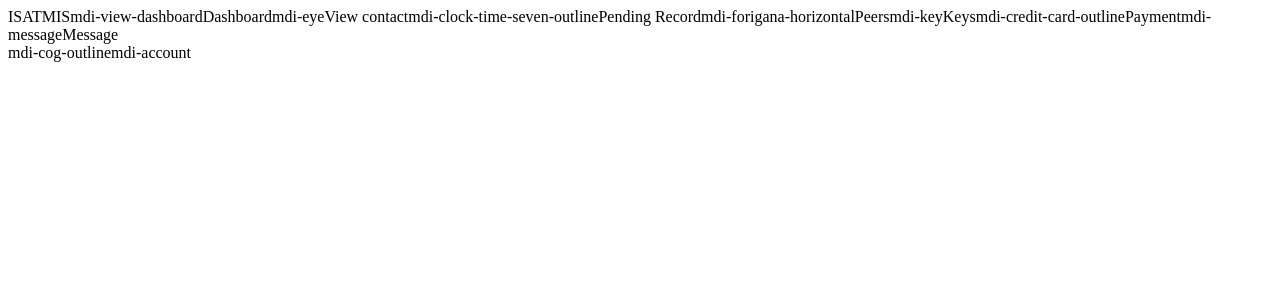
Repository: umarrg/isatmis
Page: /home
An editor plug-in stored every save of this project. The page is shown before and after the next save, followed by the edit.
The browser window is 1280 px wide. The pictures show the whole page.
The project was rebuilt for these pictures with package versions that can differ from the ones it lists, and the page was loaded fresh each time. Also part of the build but not shown: vue.config.js. Imported but missing from the stored project, and not drawn on this page: src/plugins/vuetify.

Above is the page before, as saved 2021-01-26 00:14:42.

### src/App.vue
<template>
  <v-app>
    <navbar v-if="$route.meta.showHeader == true"/>
    <v-main>
      <router-view></router-view>
    </v-main>
  </v-app>
</template>

<script>
import navbar from '../src/components/Navbar'
export default {
  name: 'App',

  components: {
   navbar
  },

  data: () => ({
    //
  }),
};
</script>

### src/router/index.js
import Vue from 'vue'
import VueRouter from 'vue-router'
import Home from '../views/Home.vue'

Vue.use(VueRouter)

const routes = [
  {
    path: '/home',
    name: 'Home',
    component: Home,
    meta: {
      showHeader: true,
    },
  },
  {
    path: '/education',
    name: 'Education',

    meta: {
      showHeader: true,
    },
    // route level code-splitting
    // this generates a separate chunk (about.[hash].js) for this route
    // which is lazy-loaded when the route is visited.
    component: () => import(/* webpackChunkName: "about" */ '../views/edu.vue')
  },
  {
    path: '/',
    name: 'Signin',

    meta: {
      showHeader: false,
    },
    // route level code-splitting
    // this generates a separate chunk (about.[hash].js) for this route
    // which is lazy-loaded when the route is visited.
    component: () => import(/* webpackChunkName: "about" */ '../views/signin.vue')
  },

  {
    path: '/land',
    name: 'Land',

    meta: {
      showHeader: true,
    },
    // route level code-splitting
    // this generates a separate chunk (about.[hash].js) for this route
    // which is lazy-loaded when the route is visited.
    component: () => import(/* webpackChunkName: "about" */ '../views/land.vue')
  },
  {
    path: '/view',
    name: 'view',

    meta: {
      showHeader: true,
    },
    // route level code-splitting
    // this generates a separate chunk (about.[hash].js) for this route
    // which is lazy-loaded when the route is visited.
    component: () => import(/* webpackChunkName: "about" */ '../views/view.vue')
  },
  {
    path: '/peers',
    name: 'peers',

    meta: {
      showHeader: true,
    },
    // route level code-splitting
    // this generates a separate chunk (about.[hash].js) for this route
    // which is lazy-loaded when the route is visited.
    component: () => import(/* webpackChunkName: "about" */ '../views/peers.vue')
  },
  {
    path: '/message',
    name: 'message',

    meta: {
      showHeader: true,
    },
    // route level code-splitting
    // this generates a separate chunk (about.[hash].js) for this route
    // which is lazy-loaded when the route is visited.
    component: () => import(/* webpackChunkName: "about" */ '../views/message.vue')
  },
  {
    path: '/medical',
    name: 'Medical',

    meta: {
      showHeader: true,
    },
    // route level code-splitting
    // this generates a separate chunk (about.[hash].js) for this route
    // which is lazy-loaded when the route is visited.
    component: () => import(/* webpackChunkName: "about" */ '../views/medical.vue')
  },
  {
    path: '/pending',
    name: 'pending',

    meta: {
      showHeader: true,
    },
    // route level code-splitting
    // this generates a separate chunk (about.[hash].js) for this route
    // which is lazy-loaded when the route is visited.
    component: () => import(/* webpackChunkName: "about" */ '../views/pending.vue')
  }

]

const router = new VueRouter({
  mode: 'history',
  base: process.env.BASE_URL,
  routes
})

export default router

### src/components/Navbar.vue
<template>
  <nav>
    <!-- <v-app-bar app flat color="white">
      <v-app-bar-nav-icon
        tile
        dark
        small
        @click="drawer = !drawer"
        class="black--text "
      ></v-app-bar-nav-icon>
      <v-spacer></v-spacer>
      <div>
        <v-menu offset-y>
          <template v-slot:activator="{ on, attrs }">
            <v-btn icon small class="mr-2" v-on="on" v-bind="attrs">
              <v-icon color="black">mdi-cog-outline</v-icon>
            </v-btn>
          </template>
        </v-menu>

        <v-btn to="/profile" v-rounded icon>
          <v-list-item-avatar color="black" class="ml-4">
            <v-img
              src="../assets/bi.png"
              size="30"
            ></v-img>
          </v-list-item-avatar>
        </v-btn>
      </div>
    </v-app-bar> -->
    <v-navigation-drawer v-model="drawer"  app color="">
      <v-layout column align-center>
        <v-flex class="mt-7 mb-8">
          <span class="text-h4 white--text font-weight-light">
            <span class="blue--text font-weight-black">I</span>
            <span class="blue--text font-weight-black">S</span>
            <span class="blue--text font-weight-black">A</span>
            <span class="blue--text font-weight-black">T</span>
            <span class="blue--text font-weight-black">M</span>
            <span class="blue--text font-weight-black">I</span>
            <span class="blue--text font-weight-black">S</span>
          </span>
        </v-flex>
      </v-layout>

      <v-list dense nav>
        <v-list-item
         class=""
          active-class=" blue--text border"
          v-for="link in links"
          :key="link.icon"
          :to="link.route"
        >
          <v-list-item-action>
            <v-icon>{{ link.icon }}</v-icon>
          </v-list-item-action>
          <v-list-item-content>
            <v-list-item-title class="font-weight-light">{{
              link.text
            }}</v-list-item-title>
          </v-list-item-content>
        </v-list-item>
      </v-list>

    </v-navigation-drawer>
  </nav>
</template>

<script>
export default {
  data: () => ({
    drawer: true,
    links: [
      { icon: "mdi-view-dashboard", text: "Dashboard", route: "/home" },
      { icon: "mdi-eye", text: "View contact", route: "/view" },
      {
        icon: "mdi-clock-time-seven-outline",
        text: "Pending Record",
        route: "/pending",
      },
      { icon: "mdi-forigana-horizontal", text: "Peers", route: "/peers" },
      { icon: "mdi-key", text: "Keys", route: "/keys" },
      { icon: "mdi-credit-card-outline", text: "Payment", route: "/payment" },
      { icon: "mdi-message", text: "Message", route: "/message" },
    ],

    offset: true,
  }),

};
</script>

<style>
.border {
  border-bottom: 4px solid #00b0f0
}

</style>

### src/views/Home.vue
<template>
  <v-app>
    <v-container>
      <v-col cols="12">
        <v-row align="center" justify="center">
          <v-col cols="12" md="12" sm="8" class="py-0">
            <v-card>
              <v-row>
                <v-col cols="10">
                  <v-text-field
                    dense
                    hide-details
                    prepend-inner-icon="mdi-search"
                    rounded
                    elevation-4
                   placeholder="Search"
                  ></v-text-field>
                </v-col>
                <v-col cols="1" class="px-0">
                  <v-icon color="black">mdi-cog-outline</v-icon>
                </v-col>
                <v-col cols="1" class="px-0">
                 <v-icon>mdi-account</v-icon>
                </v-col>
              </v-row>
            </v-card>
          </v-col>
        </v-row>
        <v-col cols="12">
          <div>
            <h2></h2>
          </div>
        </v-col>
      </v-col>
      <!-- <v-row no-gutters>
        <v-col cols="12" md="3" sm="6">
          <v-alert border="bottom" colored-border color="blue" elevation="2">
            turpishjhjh
          </v-alert>
        </v-col>
      </v-row> -->
    </v-container>
  </v-app>
</template>

Loaded but not shown: public/index.html (common file); src/main.js (common file)

After the next save:
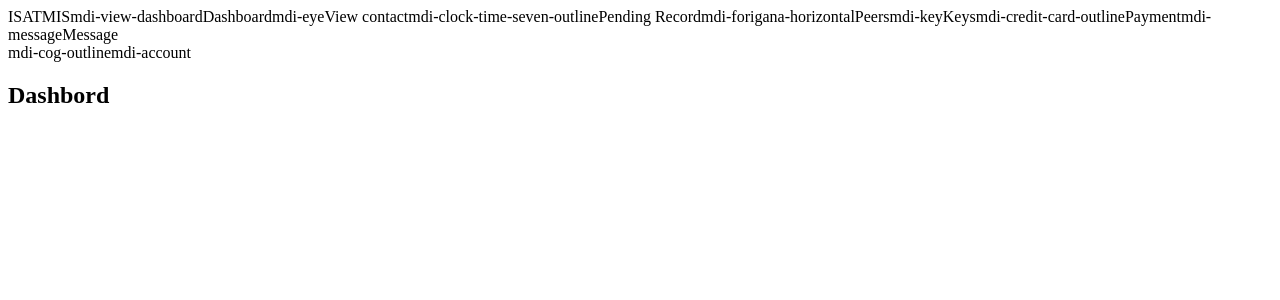
Saved 6 s later.
--- a/src/views/Home.vue
+++ b/src/views/Home.vue
@@ -28,7 +28,7 @@
         </v-row>
         <v-col cols="12">
           <div>
-            <h2></h2>
+            <h2>Dashbord</h2>
           </div>
         </v-col>
       </v-col>
